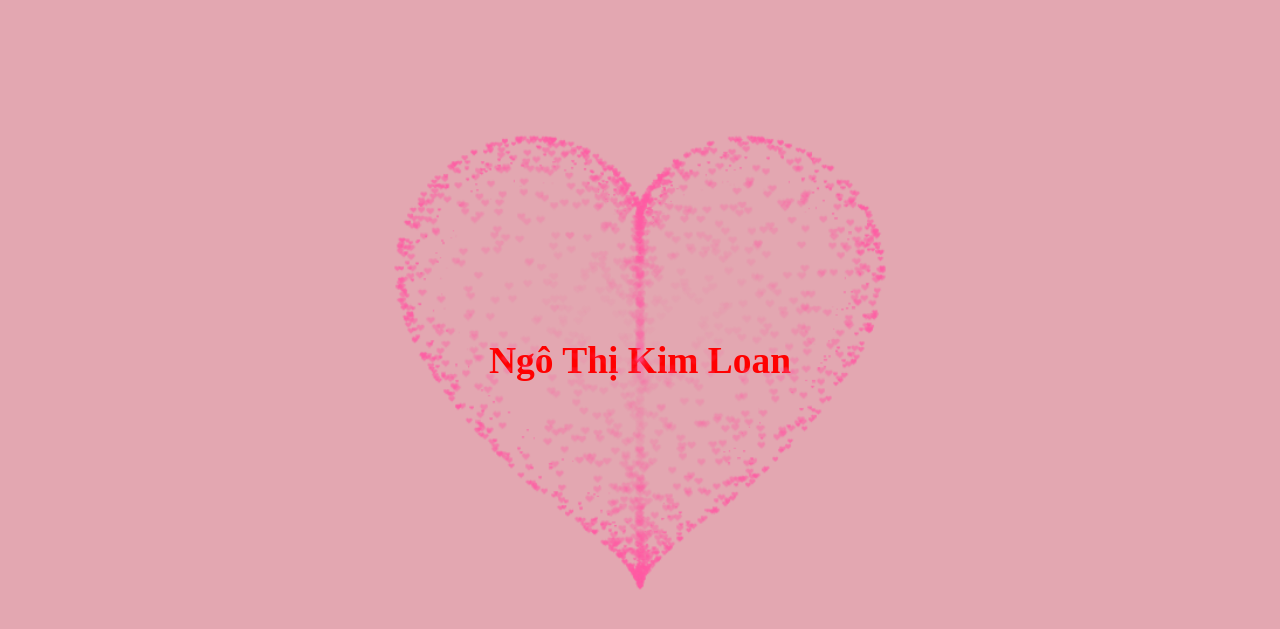
Repository: congbnvn0709/happy-valentine
Page: index.html
An editor plug-in stored every save of this project. The page is shown before and after the next save, followed by the edit.
The browser window is 1280 px wide. The pictures show the whole page.

Above is the page before, as saved 2023-01-30 23:22:22.

### index.html
<!DOCTYPE html PUBLIC "-//W3C//DTD HTML 4.0 Transitional//EN">
<html>
  <head>
    <title>Happy valentine day's</title>
    <meta name="Generator" content="EditPlus" />
    <meta name="Author" content="" />
    <meta name="Keywords" content="" />
    <meta name="Description" content="" />
    <link rel="stylesheet" type="text/css" href="style.css">
  </head>

  <body>
    <h1>Ngô Thị Kim Loan</h1>

    <div class="box">
      <canvas id="pinkboard"></canvas>
    </div>

    <script src="app.js"></script>
  </body>
</html>

### style.css
html,
body {
  height: 100%;
  padding: 0;
  margin: 0;
  background: rgb(227, 167, 177);
  display: flex;
  justify-content: center;
  align-items: center;
}

h1 {
  color: red;
}

.box {
  width: 100%;
  position: absolute;
  top: 50%;
  left: 50%;
  transform: translate(-50%, -50%);
  display: flex;
  flex-direction: column;
}

canvas {
  position: absolute;
  width: 100%;
  height: 100%;
}

#pinkboard {
  position: relative;
  margin: auto;
  height: 500px;
  width: 500px;
  animation: animate 2s infinite;
}

h1 {
  animation: animate 2s infinite;
}

#pinkboard:before,
#pinkboard:after {
  content: "";

  position: absolute;

  background: #ff5ca4;

  width: 100px;

  height: 160px;

  border-top-left-radius: 50px;

  border-top-right-radius: 50px;
}

#pinkboard:before {
  left: 100px;

  transform: rotate(-45deg);

  transform-origin: 0 100%;

  box-shadow: 0 14px 28px rgba(0, 0, 0, 0.25),
    0 10px 10px rgba(0, 0, 0, 0.22);
}

#pinkboard:after {
  left: 0;

  transform: rotate(45deg);

  transform-origin: 100% 100%;
}

@keyframes animate {
  0% {
    transform: scale(1);
  }

  30% {
    transform: scale(0.8);
  }

  60% {
    transform: scale(1.2);
  }

  100% {
    transform: scale(1);
  }
}

### app.js
var settings = {
    particles: {
      length: 2000,
      duration: 3,
      velocity: 100,
      effect: -1,
      size: 8,
    },
  };

  (function () {
    var b = 0;

    var c = ["ms", "moz", "webkit", "o"];

    for (var a = 0; a < c.length && !window.requestAnimationFrame; ++a) {
      window.requestAnimationFrame = window[c[a] + "RequestAnimationFrame"];

      window.cancelAnimationFrame =
        window[c[a] + "CancelAnimationFrame"] ||
        window[c[a] + "CancelRequestAnimationFrame"];
    }

    if (!window.requestAnimationFrame) {
      window.requestAnimationFrame = function (h, e) {
        var d = new Date().getTime();

        var f = Math.max(0, 16 - (d - b));

        var g = window.setTimeout(function () {
          h(d + f);
        }, f);

        b = d + f;

        return g;
      };
    }

    if (!window.cancelAnimationFrame) {
      window.cancelAnimationFrame = function (d) {
        clearTimeout(d);
      };
    }
  })();

  var Point = (function () {
    function Point(x, y) {
      this.x = typeof x !== "undefined" ? x : 0;

      this.y = typeof y !== "undefined" ? y : 0;
    }

    Point.prototype.clone = function () {
      return new Point(this.x, this.y);
    };

    Point.prototype.length = function (length) {
      if (typeof length == "undefined")
        return Math.sqrt(this.x * this.x + this.y * this.y);

      this.normalize();

      this.x *= length;

      this.y *= length;

      return this;
    };

    Point.prototype.normalize = function () {
      var length = this.length();

      this.x /= length;

      this.y /= length;

      return this;
    };

    return Point;
  })();

  var Particle = (function () {
    function Particle() {
      this.position = new Point();

      this.velocity = new Point();

      this.acceleration = new Point();

      this.age = 0;
    }

    Particle.prototype.initialize = function (x, y, dx, dy) {
      this.position.x = x;

      this.position.y = y;

      this.velocity.x = dx;

      this.velocity.y = dy;

      this.acceleration.x = dx * settings.particles.effect;

      this.acceleration.y = dy * settings.particles.effect;

      this.age = 0;
    };

    Particle.prototype.update = function (deltaTime) {
      this.position.x += this.velocity.x * deltaTime;

      this.position.y += this.velocity.y * deltaTime;

      this.velocity.x += this.acceleration.x * deltaTime;

      this.velocity.y += this.acceleration.y * deltaTime;

      this.age += deltaTime;
    };

    Particle.prototype.draw = function (context, image) {
      function ease(t) {
        return --t * t * t + 1;
      }

      var size = image.width * ease(this.age / settings.particles.duration);

      context.globalAlpha = 1 - this.age / settings.particles.duration;

      context.drawImage(
        image,

        this.position.x - size / 2,

        this.position.y - size / 2,

        size,

        size
      );
    };

    return Particle;
  })();

  var ParticlePool = (function () {
    var particles,
      firstActive = 0,
      firstFree = 0,
      duration = settings.particles.duration;

    function ParticlePool(length) {
      particles = new Array(length);

      for (var i = 0; i < particles.length; i++)
        particles[i] = new Particle();
    }

    ParticlePool.prototype.add = function (x, y, dx, dy) {
      particles[firstFree].initialize(x, y, dx, dy);

      firstFree++;

      if (firstFree == particles.length) firstFree = 0;

      if (firstActive == firstFree) firstActive++;

      if (firstActive == particles.length) firstActive = 0;
    };

    ParticlePool.prototype.update = function (deltaTime) {
      var i;

      if (firstActive < firstFree) {
        for (i = firstActive; i < firstFree; i++)
          particles[i].update(deltaTime);
      }

      if (firstFree < firstActive) {
        for (i = firstActive; i < particles.length; i++)
          particles[i].update(deltaTime);

        for (i = 0; i < firstFree; i++) particles[i].update(deltaTime);
      }

      while (
        particles[firstActive].age >= duration &&
        firstActive != firstFree
      ) {
        firstActive++;

        if (firstActive == particles.length) firstActive = 0;
      }
    };

    ParticlePool.prototype.draw = function (context, image) {
      if (firstActive < firstFree) {
        for (i = firstActive; i < firstFree; i++)
          particles[i].draw(context, image);
      }

      if (firstFree < firstActive) {
        for (i = firstActive; i < particles.length; i++)
          particles[i].draw(context, image);

        for (i = 0; i < firstFree; i++) particles[i].draw(context, image);
      }
    };

    return ParticlePool;
  })();

  (function (canvas) {
    var context = canvas.getContext("2d"),
      particles = new ParticlePool(settings.particles.length),
      particleRate =
        settings.particles.length / settings.particles.duration,
      time;

    function pointOnHeart(t) {
      return new Point(
        160 * Math.pow(Math.sin(t), 3),

        130 * Math.cos(t) -
          50 * Math.cos(2 * t) -
          20 * Math.cos(3 * t) -
          10 * Math.cos(4 * t) +
          25
      );
    }

    var image = (function () {
      var canvas = document.createElement("canvas"),
        context = canvas.getContext("2d");

      canvas.width = settings.particles.size;

      canvas.height = settings.particles.size;

      function to(t) {
        var point = pointOnHeart(t);

        point.x =
          settings.particles.size / 2 +
          (point.x * settings.particles.size) / 350;

        point.y =
          settings.particles.size / 2 -
          (point.y * settings.particles.size) / 350;

        return point;
      }

      context.beginPath();

      var t = -Math.PI;

      var point = to(t);

      context.moveTo(point.x, point.y);

      while (t < Math.PI) {
        t += 0.01;

        point = to(t);

        context.lineTo(point.x, point.y);
      }

      context.closePath();

      context.fillStyle = "#FF5CA4";

      context.fill();

      var image = new Image();

      image.src = canvas.toDataURL();

      return image;
    })();

    function render() {
      requestAnimationFrame(render);

      var newTime = new Date().getTime() / 1000,
        deltaTime = newTime - (time || newTime);

      time = newTime;

      context.clearRect(0, 0, canvas.width, canvas.height);

      var amount = particleRate * deltaTime;

      for (var i = 0; i < amount; i++) {
        var pos = pointOnHeart(Math.PI - 2 * Math.PI * Math.random());

        var dir = pos.clone().length(settings.particles.velocity);

        particles.add(
          canvas.width / 2 + pos.x,

          canvas.height / 2 - pos.y,

          dir.x,

          -dir.y
        );
      }

      particles.update(deltaTime);

      particles.draw(context, image);
    }

    function onResize() {
      canvas.width = canvas.clientWidth;

      canvas.height = canvas.clientHeight;
    }

    window.onresize = onResize;

    setTimeout(function () {
      onResize();

      render();
    }, 10);
  })(document.getElementById("pinkboard"));

After the next save:
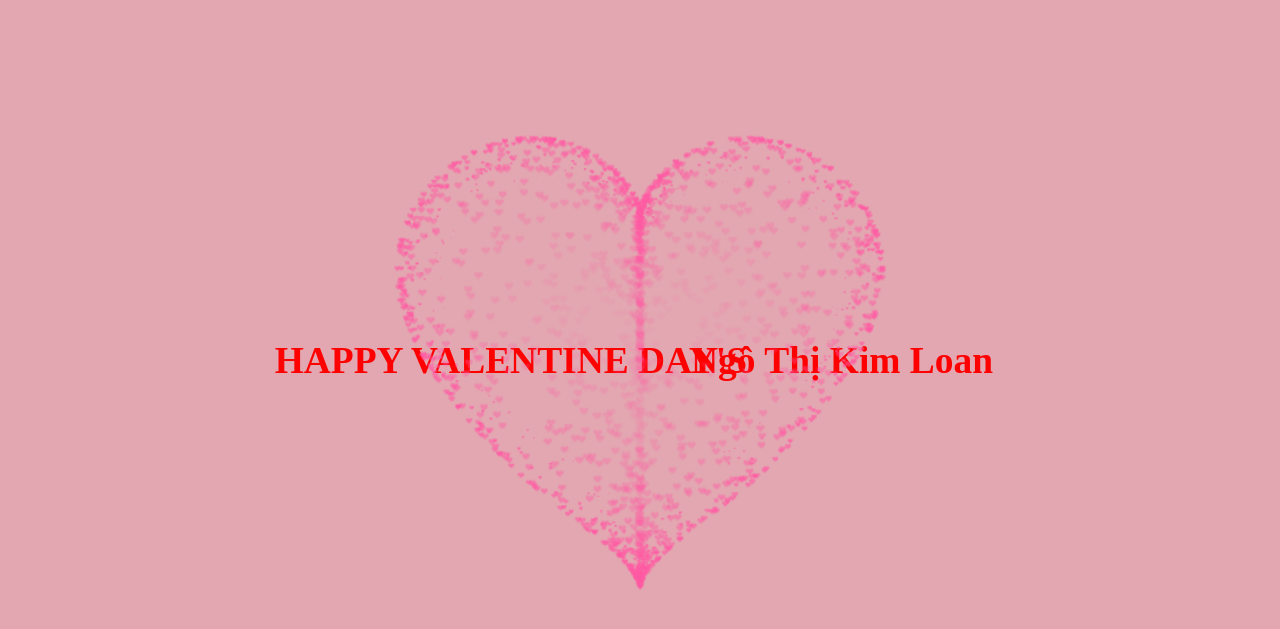
Saved 105 s later.
--- a/index.html
+++ b/index.html
@@ -10,6 +10,7 @@
   </head>
 
   <body>
+    <h1 class="title">HAPPY VALENTINE DAY'S</h1>
     <h1>Ngô Thị Kim Loan</h1>
 
     <div class="box">
--- a/style.css
+++ b/style.css
@@ -94,3 +94,7 @@ h1 {
     transform: scale(1);
   }
 }
+
+.title{
+    color: red;
+}
